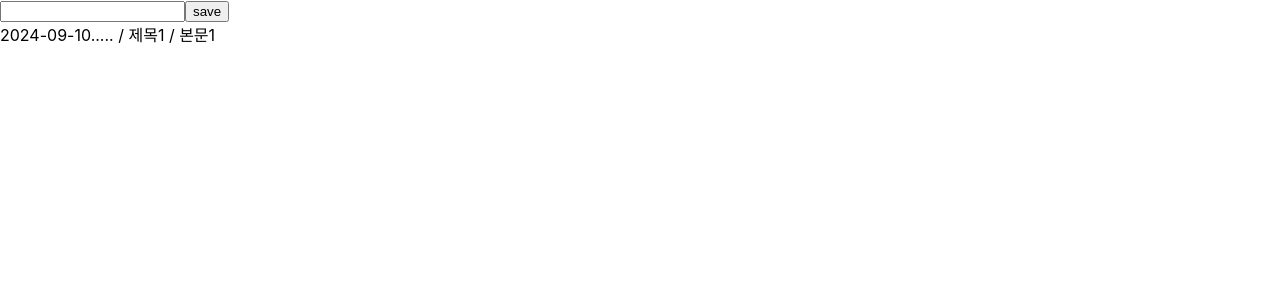
Repository: codest00001/cra-app_reactstudy
Page: /
An editor plug-in stored every save of this project. The page is shown before and after the next save, followed by the edit.
The browser window is 1280 px wide. The pictures show the whole page.
The project was rebuilt for these pictures with package versions that can differ from the ones it lists, and the page was loaded fresh each time.

Above is the page before, as saved 2024-09-10 11:53:58.

### src/index.js
import React from 'react'; //노드모듈안에 리액트가 있나보다하고 가져옴. 앞에 / 이런식의 경로 없으면 npm에서 설치된거구나하고생각.
import ReactDOM from 'react-dom/client';
import './index.css';
import App from './App';
//App.js에서 .js는 생략가능. 이렇게 불러와야 쓸 수 있음.
//아래에서 <APP />으로 사용
//app.js에서는 export해줘야함. 여기서는 임포트. 불러올 대상은 export마지막에 할 것.
import reportWebVitals from './reportWebVitals';

//index.html의 root를 가져옴.
//app.js로 가서 실행

const root = ReactDOM.createRoot(document.getElementById('root'));
root.render(
  //app.js로 가서 실행
  <React.StrictMode>
    <App />
  </React.StrictMode>
);

// If you want to start measuring performance in your app, pass a function
// to log results (for example: reportWebVitals(console.log))
// or send to an analytics endpoint. Learn more: https://bit.ly/CRA-vitals
reportWebVitals();

### src/App.js

import React, { useState } from 'react';

function App() {
  const [list, setList] = useState([

    //데이터베이스 데이터를 만들어보기
{
  createdAt : new Date(),
  title : '제목1 입니다',
  content : '본문1 입니다'
},
{
  createdAt : new Date(),
  title : '제목2 입니다',
  content : '본문2 입니다'
}
  ])


  const [input,setInput] = useState('')
  const handleButtonClick = (evt) => {
  setInput(evt.target.value);
  }

return (
  <div>
   <input value={input} onChange={(e) => {setInput(e.target.value)}} type="text" />
   <button onClick={handleButtonClick}>save</button>

<div>2024-09-10..... / 제목1 / 본문1 </div>


</div>
);
}
  export default App;














//------------------------------------------------------
// import React, { useState } from 'react';

// function App() {


//   const [list, setList] = useState([
//     'first',
//     'second',
//     'third'
//   ]);

//   const [input, setInput] = useState('')

//   const handleInputChange = (evt) => {
//     setInput(evt.target.value);
//   }

//   const handleButtonClick = () => {
//     //input값을 list의 제일 마지막에 추가
//     setList((prev) => {
//       return [...prev, input];
//     })
//     setInput('')
//   }


// return (
//   <div>
//     <input value={input} onChange={handleInputChange} type="text" />
//     <button onClick={handleButtonClick}>Save</button>

//    {
//    list.map((item) => {
//     return (
//       <div>{item}  </div>
// )
// })
// }
// </div>
// );
// }
//   export default App;





// // import React, { useState } from 'react';

// // function App() {
// // const [input, setInput] = useState('초기값');

// // const handleInputChange = (event) => {
// // setInput(event.target.value)
// // }

// // const handleButtonClick = () => {
// //   setInput('')
// // }

// // console.log('render!letterchanged')
// // return (
// //   //<>비어있는 꺾쇠의 이유 : 불필요한 엘리멘트가 끼어들지 않게 하도록.
// //   //<div>가 있는 자체가 css다룰 때 하나의 영역이 되어버리므로.
// //   //<div>를 쓰지 않기 위해 비어있는 <>꺽쇠 형태도 되도록 한 것임. 리액트에만 존재. 프래그먼트라고 부름.
// //   //그리고 div는 리턴 안에 하나만 존재해야한다.
// //   <>
// //   <input onChange ={handleInputChange}
// //   type="text" />
// //   <button onClick = {handleButtonClick}
// //   >clear</button>
// //   <div>{input}</div>
// //   </>
// // );
// // }
// //   export default App;




// // import React, { useState } from 'react';

// // function App() {
// // const [input, setInput] = useState('초기값');

// // const handleInputChange = (event) => {
// // //input의 값이 변하면 이 함수가 항상 실행됨
// // // console.log(event.target.value)
// // setInput(event.target.value)
// // }

// // const handleButtonClick = () => {
// //   console.log('button clicked')
// // }

// // //리턴하고 괄호안에 html 리턴해주는데, 중괄호안에 함수명만 던져줌.
// // //그 on 이벤트가 발생했을 때, onchange라든가 onclick을 실행했을 때 그 함수를 실행하라고 해줘야 하는 것.
// // //이벤트 안에는 함수명만 넣어.
// // //{handleInputChange()} 중괄호 안에 ()넣어버리면 함수를 실행해서 넣는 격이 되므로, 함수 이름만 넣을 것.

// // //그 외에 <div>안에 넣을 때는 변수명만 넣는 게 아니라 함수를 넣어야 하는 것이고.

// // //함수나 오브젝트는 하나를 바꾸면 다 바뀐다.

// // console.log('render!z')
// // return (
// //   <>
// //   <input onChange ={handleInputChange}
// //   type="text" />
// //   <button onClick = {handleButtonClick}
// //   >clear</button>
// //   <div>{input}</div>
// //   </>
// // );
// // }

// //   export default App;



// // //인풋에 넣는 것을 바뀌는 족족 아래 레이블에 띄우게 하기
// // //이경우는 문자니까 useState
// // //다른 플랫폼에서는 인풋창에 그냥 입력만 받고 세이브를 누르면 그 때서야 최종 인풋창에 있는 것을 꺼내오는 것임

// // import React, { useState } from 'react';

// // function App() {
// // const [input, setInput] = useState('');
// // const handleInputChange = () => {
// // //input의 값이 변하면 이 함수가 항상 실행됨
// // console.log('input pressed')
// // }

// // return (
// //   <>
// //   <input onChange ={handleInputChange}
// //   type="text" />
// //   <button >Save</button>
// //   </>
// // );
// // }

// //   export default App;




// // // import React, { useState } from 'react';

// // // function App() {
// // //   const [count, setCount] = useState(0);

// // //   const handleButtonClick = () => {
// // //   setCount(count + 1)
// // // }

// // // return (
// // //   <div>
// // //     <p>You clicked {count} times</p>
// // //     <button onClick={handleButtonClick}>
// // //       Click me
// // //     </button>
// // //   </div>
// // // );
// // // }

// // //   export default App;

// // // 리액트가 제공하는 HOOK중에 하나임 : useState : 호출되면 변수 2개를 어레이형태로 뱉어냄.
// // // 앞의 것은 변수, 하나는 변수함수. 항상 뒤의 set함수를 통해서 변수를 변경가능함.
// // // [aaa, bbb]라고 써도되지만 뒤의 것을 set으로 적고 만드는 게 일반적.
// // // 첫번째 변수를 직접 정하면 안됨. 일반변수 방식 count = count + 1 이런식으로 안씀.
// // // 첫번째 변수가 바뀌면 app 함수 다 다시실행함. 리랜더링.
// // // 그러나 값은 그대로 두고 변화. 값이 0으로 내려가지 않음.
// // // 바뀐 값이 화면에 다시 그려지게 하기 위함이다. useState 쓰는 이유다.
// //  //클릭누를때마다 숫자가 0으로 초기화 되지 않으면서도 숫자증가된것이 화면에 반영된다.

// //  //클릭누르면 그 아래 다시 실행하고 +1 올림.


// // //   import React, { useState } from 'react';

// // // function App() {
// // //   const [count, setCount] = useState(0);

// // //   const handleButtonClick = () => {
// // //   setCount(count + 1)
// // // }

// // // return (
// // //   <div>
// // //     <p>You clicked {count} times</p>
// // //     <button onClick={handleButtonClick}>
// // //       Click me
// // //     </button>
// // //   </div>
// // // );
// // // }

// // //   export default App;


// // // //함수시작
// // // //여기에 js 사용가능.
// // // //여기서 생성된 것을 아래 html에서 사용 가능
// // //  //여기에 html만들어서 넣은 것.
// // //   //원래는 jsx라고 부르는데, 그냥 js라고 써도 jsx라고 간주하도록 프로그램됨
// // //   //컴포넌트 기반.

// // //   //임포트 // 여기에서는 React의 이름을 자유롭게 바꿔도 됨. React123이라고 써도됨.
// // //   //지워도 됨. 디폴트 하나니까.
// // //   // import React, { useState, useEffect } from 'react';
// // //   //{ useState, useEffect } 여기에 정해진 이름은 정확히 써야함.
// // //   import React, { useState } from 'react';



// // // //모듈
// // //   function App() {

// // //     //setCount함수를 호출해서 count를 바꾸는 함수 [a, setA] 식으로 이름은
// // //     //자기가 정하는 것. 적어도 됨.
// // //     const [count, setCount] = useState(0);

// // //     //화살표함수에 익숙해지기 =>
// // //     // 방법1  function() {
// // //     //     setCount(count+1)
// // //     //   }

// // //     // 방법2  () => {
// // //     //     setCount(count+1)
// // //     //   }

// // //     //   <button onClick{function() {setCount(count + 1)}}> </button>
// // // //--------------------------------------------------------------
// // //     //여기서 onclick은 콜백함수. 지금당장 실행아니고 클릭되면 실행.
// // //     //그래서 함수로 넣어주는 것임. function()이걸 빼면 바로 실행되어버림.

// // // //----------------------------

// // // // 위에서 const handlebuttonClick = () =>{
// // // //   setCount(count + 1)}
// // // // }선언하고
// // // // 이 부분을 리턴에    <button onClick={handlebuttonClick}></button>넣기도함. 가독성 높아짐

// // // const handleButtonClick = () => {
// // //   setCount(count + 1)
// // // }

// // // return (
// // //   <div>
// // //     <p>You clicked {count} times</p>
// // //     <button onClick={handleButtonClick}>
// // //       Click me
// // //     </button>
// // //   </div>
// // // );
// // // }
// // //   export default App;

// // //     //   return (
// // //   //     <div>
// // //   //       <p>You clicked {count} times</p>
// // //   //       <button onClick={() => setCount(count + 1)}>
// // //   //         Click me
// // //   //       </button>
// // //   //     </div>
// // //   //   );
// // //   // }

// // //   //익스포트. 하나의 파일에서는 디폴트 한 번만 가능.
// // //   //디폴트 여러개 하려면 익스포트하려면 export {useState}

Loaded but not shown: public/index.html (common file); src/index.css (common file); src/reportWebVitals.js (common file)

After the next save:
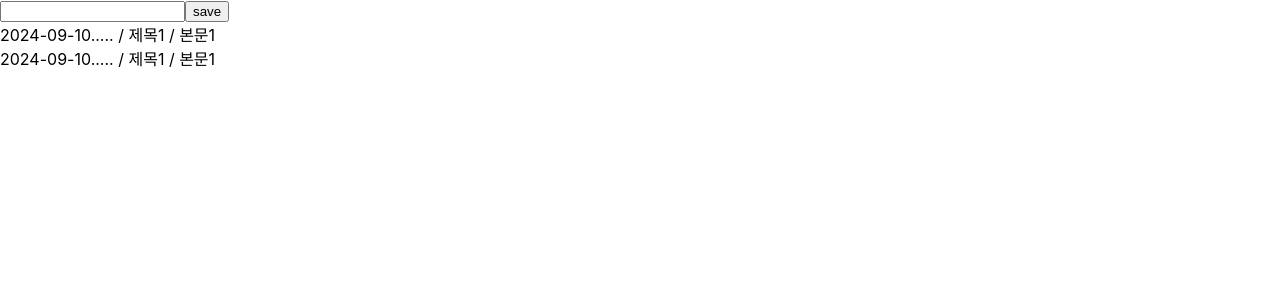
Saved 13 s later.
--- a/src/App.js
+++ b/src/App.js
@@ -29,7 +29,7 @@ return (
    <button onClick={handleButtonClick}>save</button>
 
 <div>2024-09-10..... / 제목1 / 본문1 </div>
-
+<div>2024-09-10..... / 제목1 / 본문1 </div>
 
 </div>
 );
